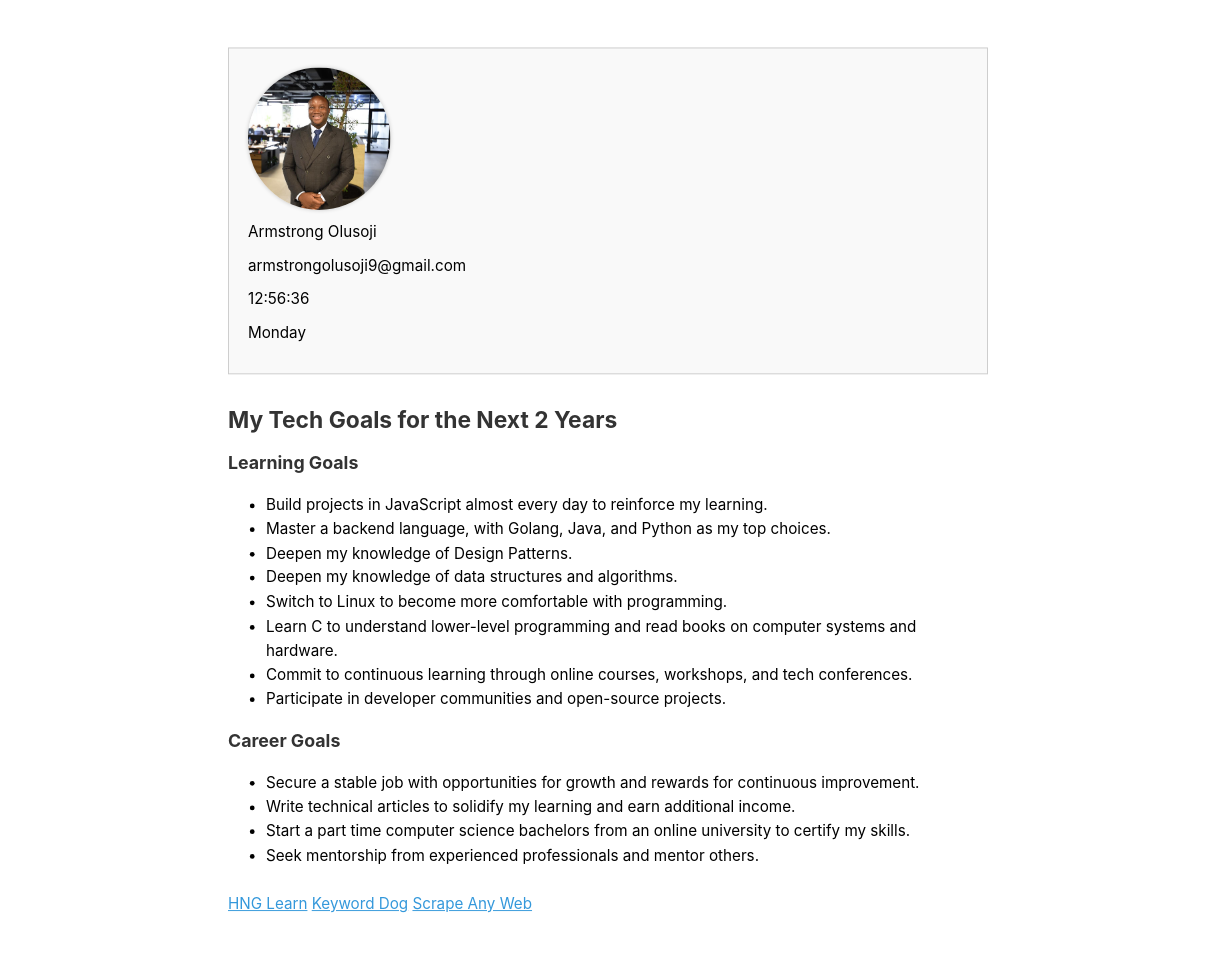
Repository: Armstrong2035/hng-project-one
Page: index.html
The author's editor kept a copy of each file at every save. The page is drawn from the files as they stood at one save, then again after a run of saves.
The browser window is 1280 px wide. The pictures show the whole page, at 95% of full size.

Above is the page before, as saved 2024-07-01 17:25:12.

### index.html
<!DOCTYPE html>
<html>
  <head>
    <meta charset="utf-8" />
    <meta name="viewport" content="width=device-width" />
    <title>Armstrong Olusoji's Goals</title>
    <link href="style.css" rel="stylesheet" type="text/css" />
    <script src="script.js" defer></script>
  </head>
  <body>
    <div id="container">
      <div class="profile-card">
        <div class="profile-picture">
          <img
            src="Headshot.jpg"
            alt="Profile Picture"
            class="headshot"
            data-testid="slackProfilePicture"
          />
        </div>
        <div class="display-information">
          <p data-testid="slackDisplayName">Armstrong Olusoji</p>
          <p data-testid="slackEmail">armstrongolusoji9@gmail.com</p>
          <p data-testid="currentTimeUTC" id="current-time">Loading...</p>
          <p data-testid="currentDay" id="current-day">Loading...</p>
        </div>
      </div>

      <section id="my-goals">
        <h2>My Tech Goals for the Next 2 Years</h2>
        <div class="learning-goals">
          <h3>Learning Goals</h3>
          <ul>
            <li>
              Build projects in JavaScript almost every day to reinforce my
              learning.
            </li>
            <li>
              Master a backend language, with Golang, Java, and Python as my top
              choices.
            </li>
            <li>Deepen my knowledge of Design Patterns.</li>
            <li>Deepen my knowledge of data structures and algorithms.</li>
            <li>
              Switch to Linux to become more comfortable with programming.
            </li>
            <li>
              Learn C to understand lower-level programming and read books on
              computer systems and hardware.
            </li>
            <li>
              Commit to continuous learning through online courses, workshops,
              and tech conferences.
            </li>
            <li>
              Participate in developer communities and open-source projects.
            </li>
          </ul>
        </div>
        <div class="career-goals">
          <h3>Career Goals</h3>
          <ul>
            <li>
              Secure a stable job with opportunities for growth and rewards for
              continuous improvement.
            </li>
            <li>
              Write technical articles to solidify my learning and earn
              additional income.
            </li>
            <li>
              Start a part time computer science bachelors from an online
              university to certify my skills.
            </li>
            <li>
              Seek mentorship from experienced professionals and mentor others.
            </li>
          </ul>
        </div>
      </section>

      <section>
        <a href="https://hng.tech/learn" data-testid="hngLink">HNG Learn</a>
        <a href="https://keyword.dog" data-testid="keywordLink">Keyword Dog</a>
        <a href="https://scrapeanyweb.site" data-testid="scrapeanywebLink"
          >Scrape Any Web</a
        >
      </section>
    </div>
  </body>
</html>

### style.css
body {
  font-family: inter;
  line-height: 1.6;
  margin: 0;
  padding: 0;
  /* background: linear-gradient(to bottom right, #3498db, #2ecc71); */
}

#container {
  max-width: 800px;
  margin: 0 auto;
  padding: 50px;
  background-color: #fff;
  display: flex;
  flex-direction: column;
}

.profile-card {
  margin-bottom: 1.25rem;
  display: flex;
  flex-direction: column;
  align-items: flex-start;
  border: 1px solid #ccc;
  padding: 20px 20px;
  background-color: #f9f9f9;
}

.profile-picture {
  height: 9.375rem;
  width: 9.375rem;
  border-radius: 50%;
  overflow: hidden;
  align-self: flex-start;
  box-shadow: 0 0 5px rgba(0, 0, 0, 0.2);
}

.profile-picture .headshot {
  height: 100%;
  width: 100%;
  object-fit: cover;
}

.display-information p {
  margin: 0.625rem 0;
}

h2,
h3 {
  margin: 10px 0;
  color: #333;
}

a {
  display: inline-block;
  margin: 10px 0;
  color: #3498db;
}
@media (min-width: 600px) {
  main {
    max-width: 600px;
    margin: 0 auto;
  }
}

### script.js
function updateTime() {
  const now = new Date();
  const utcTime = now.toISOString().slice(11, 19);
  const day = now.toLocaleDateString("en-US", { weekday: "long" });
  document.getElementById("current-time").textContent = ` ${utcTime}`;
  document.getElementById("current-day").textContent = ` ${day}`;
}

setInterval(updateTime, 1000);
updateTime();

After the next 2 saves:
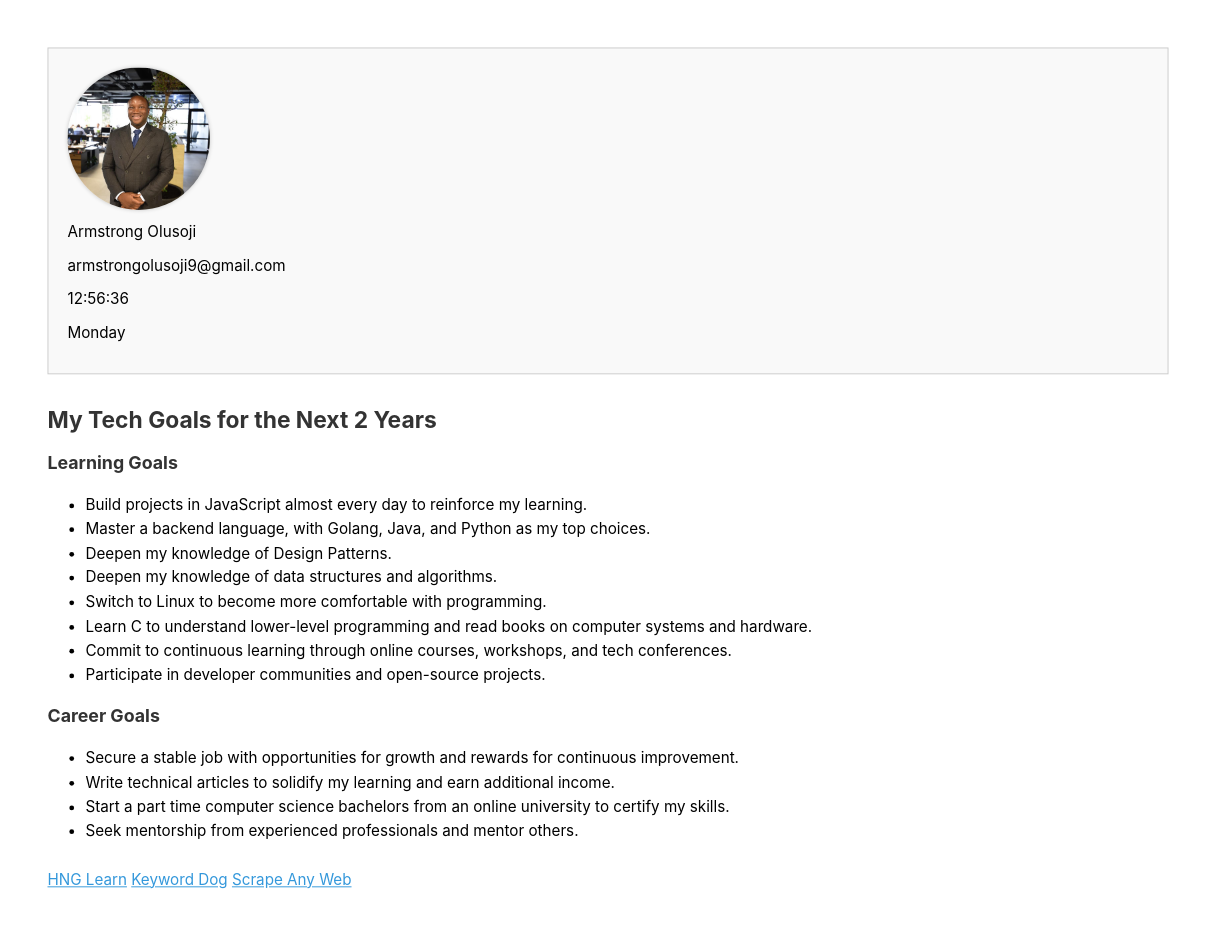
The 2 saves are shown as one change because they came seconds apart.
The last was saved 3 min 56 s later.
--- a/style.css
+++ b/style.css
@@ -7,7 +7,7 @@ body {
 }
 
 #container {
-  max-width: 800px;
+  max-width: 100%;
   margin: 0 auto;
   padding: 50px;
   background-color: #fff;
